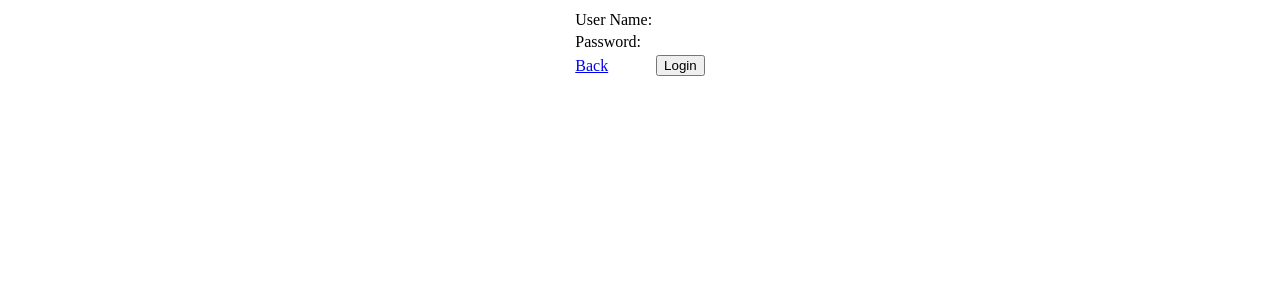
Repository: pdway/Adv-JAVA
Page: http://localhost/Car_insurance_system/
An editor plug-in stored every save of this project. The page is shown before and after the next save, followed by the edit.
The browser window is 1280 px wide. The pictures show the whole page.
The page is served by Tomcat 9.

Above is the page before, as saved 2020-11-01 12:31:40.

After the next save:
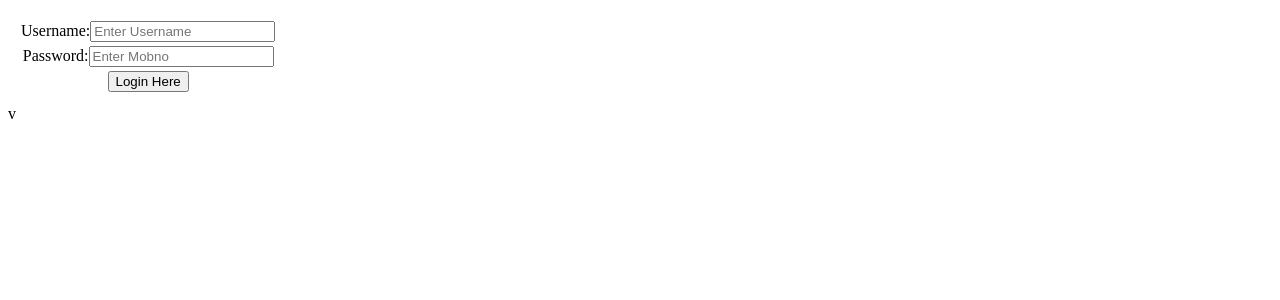
Saved 3 min 18 s later.
--- a/carinsys/Car_insurance_system/WebContent/index.jsp
+++ b/carinsys/Car_insurance_system/WebContent/index.jsp
@@ -7,35 +7,21 @@
 <title>Login Form</title>
 </head>
 <body>
-	<spr:form action="login.htm" method="post" commandName="admin" >
-	<table align="center" >
-		<tr>
-			<td>
-				User Name:
-			</td>
-			<td>
-				<spr:input path="AdminName"/>
-				<font color="red" ><spr:errors path="AdminName" ></spr:errors></font>
-			</td>
-		</tr>
-		<tr>
-			<td>
-				Password:
-			</td>
-			<td>
-				<spr:password path="AdminPass"/>
-				<font color="red" ><spr:errors path="AdminPass" ></spr:errors></font>
-			</td>
-		</tr>
-		<tr>
-			<td>
-				<a href="#" >Back</a>
-			</td>
-			<td>
-				<input type="submit"  value="Login" >
-			</td>
-		</tr>
-	</table>
-	</spr:form>
+	<form action="login.htm" >
+<table style="text-align: center; padding: 10px">
+<tr><td>
+Username:<input type="text" placeholder="Enter Username" name="AdminName" required="required">
+</td>
+</tr>
+<tr><td>
+Password:<input type="password" placeholder="Enter Mobno" name="AdminPass" required="required">
+</td>
+</tr>
+<tr><td>
+<button>Login Here</button>
+</td>
+</tr>
+</form>
+</table>v
 </body>
 </html>
